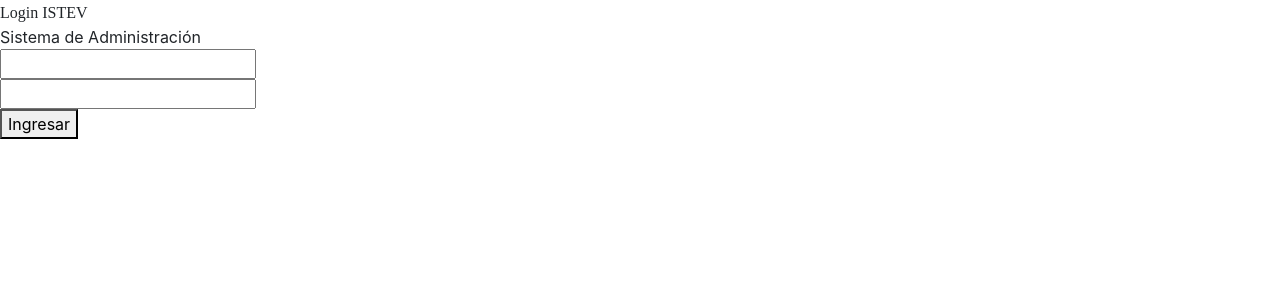
Repository: EvilTeletubby/istev
Page: http://localhost/
The author's editor kept a record of every edit. The page is drawn from the files as they stood at one moment, then again after the next edit.
The browser window is 1280 px wide. The pictures show the whole page.
Some web fonts or font styles are not loaded; a fallback is used. The page is served by the project's Node server (app.js).

Above is the page before.

### views/index.jade
doctype html
html
    head
        title Login ISTEV
        link(href='https://fontlibrary.org/face/aileron', rel='stylesheet')

        link(href='plugins/bootstrap.min.css', rel='stylesheet')
        link(href='css/icons.css', rel='stylesheet')
        link(href='css/main.css', rel='stylesheet')
        link(href='icon/favicon.png', rel='icon')

        script(src='plugins/jquery-3.3.1.min.js')
        script(src='js/main.js')
    body
        div.limiter
            div.container-login100
                div.wrap-login100
                    span.main-title Login ISTEV
                    form.login100-form.validate-form
                        span.login100-form-title.p-b-26 Sistema de Administración
                        div.wrap-input100.validate-input(data-validate='Solo se permiten letras')
                            input.input100(type="text" name="username")
                            span.focus-input100(data-placeholder="Nombre de Usuario")
                        div.wrap-input100.validate-input(data-validate='Ingrese la clave')
                            span.btn-show-pass
                                i.icon-eye
                            input.input100(type='password' name='pass')
                            span.focus-input100(data-placeholder='Password')

                        div.container-login100-form-btn
                            div.wrap-login100-form-btn
                                div.login100-form-bgbtn
                                button.login100-form-btn Ingresar

### app.js
var express = require('express');
var bodyParser = require('body-parser');
var routes = require('./routes/routes.js');
var app = express();

app.use(bodyParser.json());
app.use(bodyParser.urlencoded({extended: true}));
app.use(express.static('public'));
app.set('view engine','jade');

routes(app);

var server = app.listen(3000,function(){
    console.log('App running on port.',server.address().port);
});

### routes/routes.js
var faker = require('faker');
var exec  = require('child_process').exec;

var appRouter = function(app){
    app.get('/',function(req,res){
        res.render('index',{title: 'Home'});
    });

    //Login
    app.post('/login',function(req,res,next){
        passport.authenticate('bearer',function(err,user){
            if(user){
                if(user.role === 'admin'){
                    return res.render('/adminTools');
                }
                else if(user.role === 'student'){
                    return res.render('/student');
                }
                else{
                    return res.render('/home');
                }
            }
        });
    })


    app.get('/au',function(req,res){
        var child = exec("java -jar /home/gsantiago/rewind.jar",function(err,stdout,stderr){
            if(err!==null)
                res.status(400).send(err);
            else
            {
                res.status(200).send(stdout);
            }
        });
    })

    app.get('/auth',function(req,res){
        var child = exec("java -jar /home/WAPI/checkAuth.jar 'telcou.ec'",function(err,stdout,stderr){
            if(err!==null)
                res.status(400).send(err);
            else
            {
                var rs = JSON.parse(stdout);
                res.status(200).send(rs);
            }
        });
    })
}

module.exports = appRouter;

### public/css/icons.css
.icon-eye {
    background-repeat: no-repeat;
    background-image: url("../icon/eye.svg");
    height:20px;
    width:20px;
}

### public/css/main.css
.main-title {
    font-family: 'AileronHeavy';
}

### public/js/main.js
/* global $ */
$(function(){
    "use strict";
    /*==================================================================
    [ Focus input ]*/
    $('.input100').each(function(){
        $(this).on('blur', function(){
            if($(this).val().trim() != "") {
                $(this).addClass('has-val');
            }
            else {
                $(this).removeClass('has-val');
            }
        });
    });

    /*==================================================================
    [ Show pass ]*/
    var showPass = 0;
    $('.btn-show-pass').on('click', function(){
        if(showPass == 0) {
            $(this).next('input').attr('type','text');
            $(this).find('i').removeClass('zmdi-eye');
            $(this).find('i').addClass('zmdi-eye-off');
            showPass = 1;
        }
        else {
            $(this).next('input').attr('type','password');
            $(this).find('i').addClass('zmdi-eye');
            $(this).find('i').removeClass('zmdi-eye-off');
            showPass = 0;
        }

    });

    $("#btn-submit").click(function(e){
        e.preventDefault();

        if(validForm())
        {
            //Send POST
        }
        else
        {
            //Send Error modal
            showModal("error","Error","Usuario incorrecto, favor verificar.");
        }
    })
});

function showModal(type,title,text)
{
    swal({
      type: type,
      title: title,
      text: text,
      //footer: '<a href>Why do I have this issue?</a>',
    })
}

function validForm()
{
    var user = $("#user").val();
    return /[^a-zA-Z0-9]/.test();
}

### public/icon/eye.svg
<svg xmlns="http://www.w3.org/2000/svg" xmlns:xlink="http://www.w3.org/1999/xlink" viewBox="0 0 100 100" version="1.1" x="0px" y="0px"><title>magn_gls-5</title><desc>Created with Sketch.</desc><g stroke="none" stroke-width="1" fill="none" fill-rule="evenodd"><path d="M50,61.7094605 C45.6890667,61.7094605 42.1821147,58.2022563 42.1821147,53.8915752 C42.1821147,49.5808941 45.6890667,46.0736899 50,46.0736899 C54.3109333,46.0736899 57.8178853,49.5808941 57.8178853,53.8915752 C57.8178853,58.2022563 54.3109333,61.7094605 50,61.7094605 L50,61.7094605 Z M95,46.2045764 C94.180383,45.4611207 74.6444964,28 50,28 C25.3555036,28 5.81961701,45.4611207 5,46.2045764 L11.7710452,53.6820054 C11.9142891,53.5531364 23.8103364,42.9820945 39.6135611,39.3202979 C35.0668303,42.5705207 32.0945208,47.8889524 32.0945208,53.8915752 C32.0945208,63.7645556 40.1270196,71.7970544 50,71.7970544 C59.8729804,71.7970544 67.9054792,63.7645556 67.9054792,53.8915752 C67.9054792,47.8889524 64.9331697,42.5705207 60.3864389,39.3202979 C76.1896636,42.9818423 88.0847022,53.5521276 88.22265,53.6764572 L95,46.2045764 Z" fill="#000000"/></g></svg>

Loaded but not shown: public/plugins/bootstrap.min.css (library); public/plugins/jquery-3.3.1.min.js (library)

After the next edit:
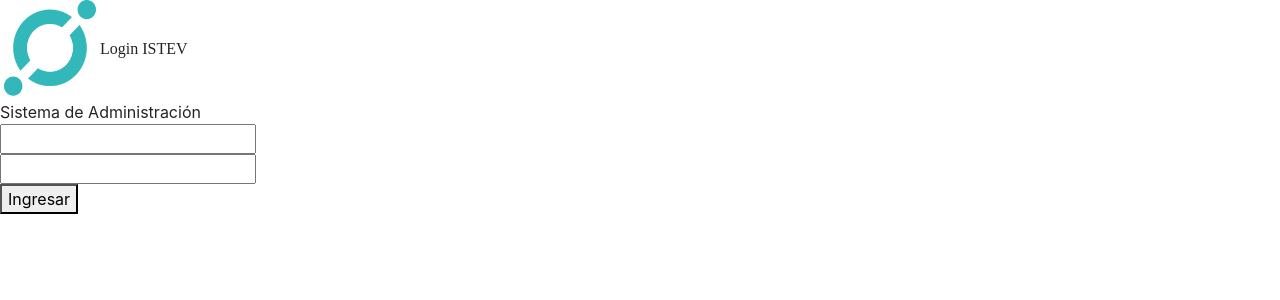
The edit:
--- a/views/index.jade
+++ b/views/index.jade
@@ -14,7 +14,10 @@
     body
         div.limiter
             div.container-login100
+
                 div.wrap-login100
+                    span.main-title
+                        img(src='icon/favicon.png',height='100px',width='100px')
                     span.main-title Login ISTEV
                     form.login100-form.validate-form
                         span.login100-form-title.p-b-26 Sistema de Administración
